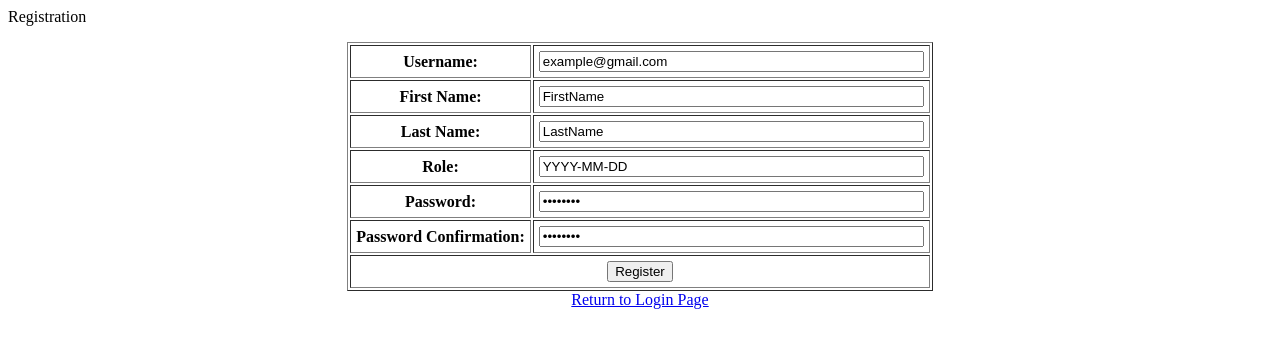
Repository: jrule5960/Tree-Cutting-Database
Page: http://localhost/database/register.jsp
The author's editor kept a copy of each file at every save. The page is drawn from the files as they stood at one save, then again after the next save.
The browser window is 1280 px wide. The pictures show the whole page.
The page is served by Tomcat 9. Other server files are loaded and not shown.

Above is the page before, as saved 2023-10-16 15:45:55.

### database/WebContent/register.jsp
<%@ page language="java" contentType="text/html; charset=ISO-8859-1"
    pageEncoding="ISO-8859-1"%>
<!DOCTYPE html>
<html>
<head><title>Registration</title></head>
<body>
<head align="center">Registration</head>

	<div align="center">
		<p> ${errorOne } </p>
		<p> ${errorTwo } </p>
		<form action="register">
			<table border="1" cellpadding="5">
				<tr>
					<th>Username: </th>
					<td align="center" colspan="3">
						<input type="text" name="email" size="45"  value="example@gmail.com" onfocus="this.value=''">
					</td>
				</tr>
				<tr>
					<th>First Name: </th>
					<td align="center" colspan="3">
						<input type="text" name="firstName" size="45" value="FirstName" onfocus="this.value=''">
					</td>
				</tr>
				<tr>
					<th>Last Name: </th>
					<td align="center" colspan="3">
						<input type="text" name="lastName" size="45" value="LastName" onfocus="this.value=''">
					</td>
				</tr>
				<tr>
					<th>Role: </th>
					<td align="center" colspan="3">
						<input type="text" name="birthday" size="45" value="YYYY-MM-DD" onfocus="this.value=''">
					</td>

				</tr>
				<tr>
					<th>Password: </th>
					<td align="center" colspan="3">
						<input type="password" name="password" size="45" value="password" onfocus="this.value=''">
					</td>
				</tr>
				<tr>
					<th>Password Confirmation: </th>
					<td align="center" colspan="3">
						<input type="password" name="confirmation" size="45" value="password" onfocus="this.value=''">
					</td>

				</tr>
				<tr>
					<td align="center" colspan="5">
						<input type="submit" value="Register"/>
					</td>
				</tr>
			</table>
			<a href="login.jsp" target="_self">Return to Login Page</a>
		</form>
	</div>
</body>

After the next save:
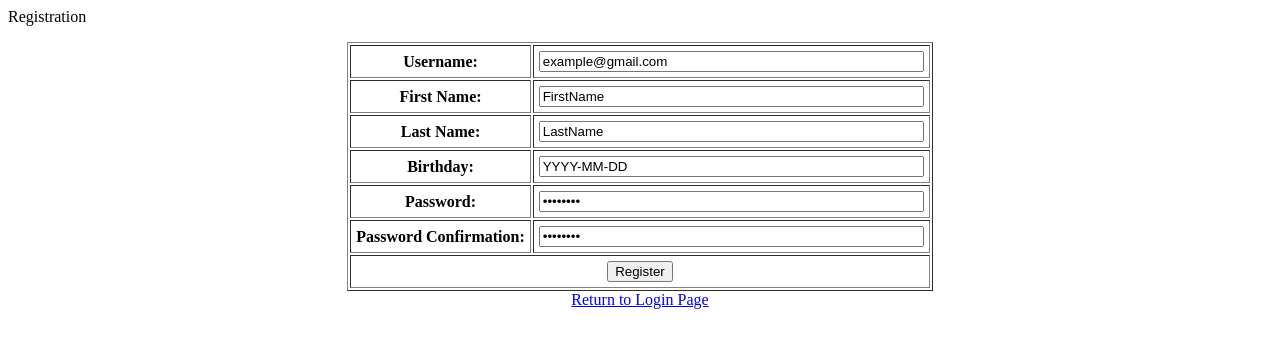
Saved 90 s later.
--- a/database/WebContent/register.jsp
+++ b/database/WebContent/register.jsp
@@ -4,7 +4,7 @@
 <html>
 <head><title>Registration</title></head>
 <body>
-<head align="center">Registration</head>
+<head>Registration</head>
 
 	<div align="center">
 		<p> ${errorOne } </p>
@@ -30,7 +30,7 @@
 					</td>
 				</tr>
 				<tr>
-					<th>Role: </th>
+					<th>Birthday: </th>
 					<td align="center" colspan="3">
 						<input type="text" name="birthday" size="45" value="YYYY-MM-DD" onfocus="this.value=''">
 					</td>
